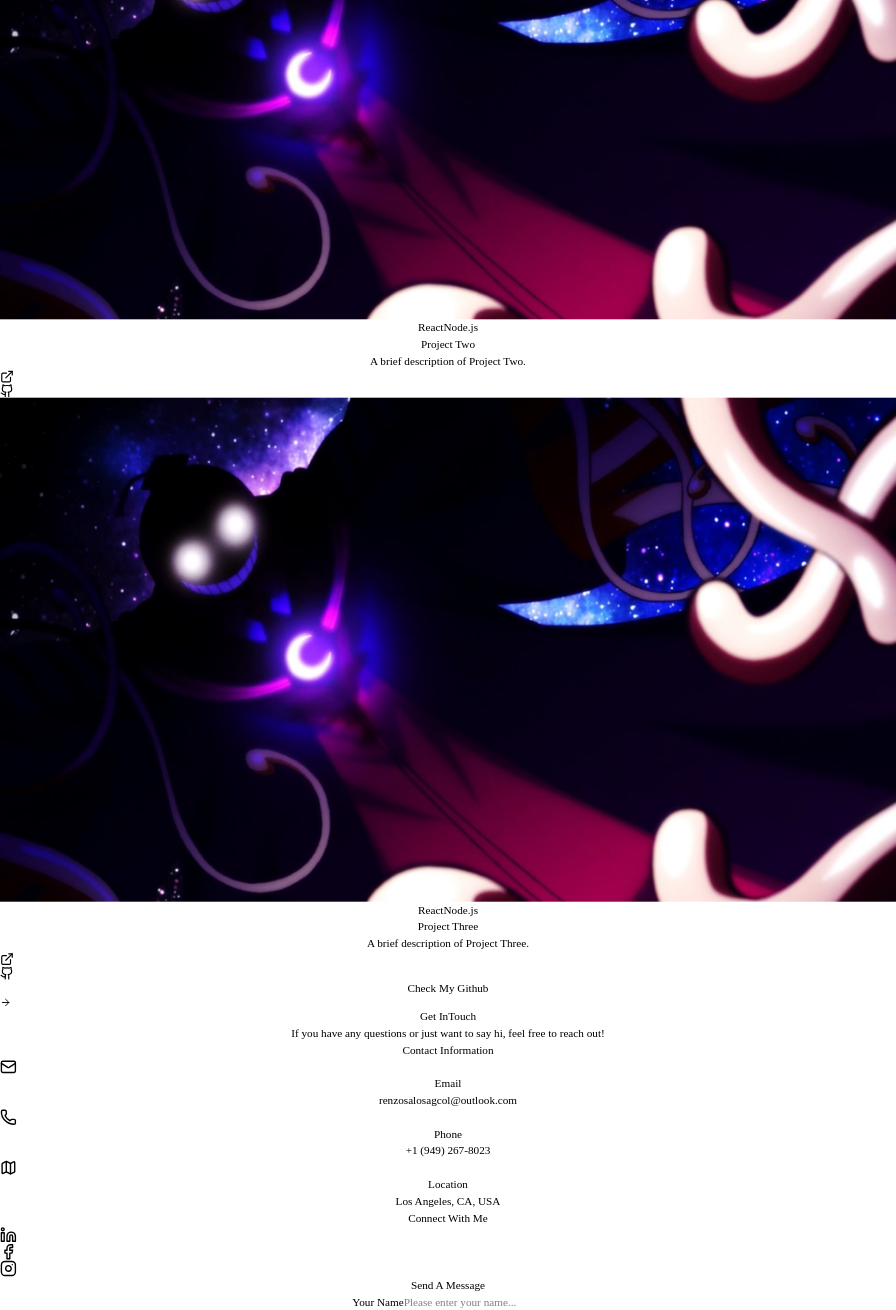
Repository: Renzo-Salosagcol/PERSONAL-PORTFOLIO
Page: /
These files come from the project's save history. The page is drawn as it stood at one moment and after the next save; the edit follows.
The browser window is 1280 px wide. The pictures show the part of the page from y = 2593 to 4513 px (the page is 4465 px tall before and 4513 px after), at 70% of full size.
The project was rebuilt for these pictures with package versions that can differ from the ones it lists, and the page was loaded fresh each time. Also part of the build but not shown: vite.config.js, src/pages/notFound.jsx.

Above is the page before, as saved 2025-10-06 21:20:40.

### src/index.css
@import "tailwindcss";

@theme {
  --color-border: hsl(var(--border));
  --color-background: hsl(var(--background));
  --color-foreground: hsl(var(--foreground));

  --color-primary: hsl(var(--primary));
  --color-primary-foreground: hsl(var(--primary-foreground));

  --color-card: hsl(var(--card));

  --animate-float: float 6s ease-in-out infinite;
  --animate-pulse-subtle: pulse-subtle 4s ease-in-out infinite;
  --animate-fade-in: fade-in 0.7s ease-out forwards;
  --animate-fade-in-delay-1: fade-in 0.7s ease-out 0.2s forwards;
  --animate-fade-in-delay-2: fade-in 0.7s ease-out 0.4s forwards;
  --animate-fade-in-delay-3: fade-in 0.7s ease-out 0.6s forwards;
  --animate-fade-in-delay-4: fade-in 0.7s ease-out 0.8s forwards;
  --animate-meteor: meteor 5s linear infinite;
}

@keyframes float {
  0%,
  100% {
    transform: translateY(0);
  }
  50% {
    transform: translateY(-10px);
  }
}

@keyframes pulse-subtle {
  0%,
  50% {
    opacity: 0.8;
  }
  100% {
    opacity: 1;
  }
}

@keyframes fade-in {
  from {
    opacity: 0;
    transform: translateY(20px);
  }
  to {
    opacity: 1;
    transform: translateY(0);
  }
}

@keyframes meteor {
  0% {
    transform: rotate(215deg) translateX(0);
    opacity: 1;
  }
  70% {
    opacity: 1;
  }
  100% {
    transform: rotate(215deg) translateX(-500px) ;
    opacity: 0;
  }
}

@layer base {
  :root {
    --background: 210 40% 98%;
    --foreground: 222 47% 11%;

    --card: 0 0% 100%;

    --primary: 259 47% 60%;
    --primary-foreground: 210 40% 98%;

    --border: 214 32% 91%;
  }

  .dark {
    --background: 222 47% 4%;
    --foreground: 213 31% 91%;

    --card: 222 47% 8%;

    --primary: 250 65% 65%;
    --primary-foreground: 213 31% 91%;

    --border: 217 33
  }

    * {
      @apply border-border;
    }

    html {
      @apply scroll-smooth;
    }

    body {
      @apply bg-background text-foreground transition-colors duration-300;
      font-feature-settings: "rlig" 1, "calt" 1;
    }
}

@utility container {
  margin-inline: auto;
  padding-inline: 2rem;

  @media (width >= 640px) {
    max-width: 640px;
  }

  @media (width >= 768px) {
    max-width: 768px;
  }

  @media (width >= 1024px) {
    max-width: 1024px;
  }

  @media (width >= 1280px) {
    max-width: 1280px;
  }

  @media (width >= 1400px) {
    max-width: 1400px;
  }

}

@utility text-glow {
  @apply relative;
  text-shadow: 0 0 10px rgb(167, 139, 250, 0.5);
}

@utility card-hover {
  @apply transition-transform duration-300 hover:scale-[1.02] hover:shadow-lg;
}

@utility gradient-border {
  @apply relative rounded-md;
  background: linear-gradient(to right, hsl(var(--card)));
  background-clip: padding-box;
  border: 1px solid transparent;
}

@utility cosmic-button {
  @apply px-5 py-2 rounded-full bg-primary text-primary-foreground font-medium
  transition-all duration-300 hover:shadow-[0_0_10px_rgba(139,92,246,0.5)]
  hover:scale-105 active:scale-95;
}

@utility star {
  @apply absolute bg-white rounded-full;
  box-shadow: 0 0 10px 2px rgba(255, 255, 255, 0.4);
}

@utility meteor {
  @apply absolute bg-linear-to-r from-white to-transparent rounded-full;
  box-shadow: 0 0 10px 5px rgba(255, 255, 255, 0.3);
}

#root {
  max-width: 100%;
  margin: 0 auto;
  padding: 0;
  text-align: center;
}

### src/App.jsx
import { BrowserRouter, Routes, Route } from "react-router-dom"
import { Home } from "./pages/home"
import { NotFound } from "./pages/notFound"

function App() {
  return (
    <>
      <BrowserRouter>
        <Routes>
          <Route index element={<Home />} />
          <Route path="*" element={<NotFound />} />
        </Routes>
      </BrowserRouter>
    </>
  );
}

export default App

### src/pages/home.jsx
import { ThemeToggle } from "../components/ThemeToggle"
import { StarBackground } from "../components/StarBackground"
import { Navbar } from "../components/Navbar"
import { HeroSection } from "../components/HeroSection"
import { AboutSection } from "../components/AboutSection"
import { SkillsSection } from "../components/SkillsSection"
import { ProjectsSection } from "../components/ProjectsSections"
import { ContactSection } from "../components/ContactSection"


export const Home = () => {
  return (
    <div className="min-h-screen bg-background text-foreground overflow-x-hidden">
      {/* Theme Toggle */}
      <ThemeToggle />

      {/* Background Effects */}
      <StarBackground />

      {/* Navbar */}
      <Navbar />

      {/* Main Content */}
      <main>
        <HeroSection />
        <AboutSection />
        <SkillsSection />
        <ProjectsSection />
        <ContactSection />
      </main>

      {/* Footer */}
    </div>
  )
}

### src/components/ThemeToggle.jsx
import { useState, useEffect } from "react"
import { Sun, Moon } from "lucide-react"
import { cn } from "@/lib/utils"

export const ThemeToggle = () => {
  const [isDark, setIsDark] = useState(false)

  useEffect(() => {
    const theme = localStorage.getItem("theme")
    if (theme) {
      setIsDark(theme === "dark")
      document.documentElement.classList.toggle("dark", theme === "dark")
    }
  }, [])

  const toggleTheme = () => {
    setIsDark(!isDark)
    document.documentElement.classList.toggle("dark", !isDark)
    localStorage.setItem("theme", !isDark ? "dark" : "light")
  }

  return (
    <button
      onClick={toggleTheme}
      className={cn("fixed max-sm:hidden top-5 right-5 z-50 p-2 rounded-full",
        "transition-color duration-300 focus:outline-hidden"
      )}
    >
      {isDark ? (
        <Sun className="h-6 w-6 text-yellow-300" />
      ) : (
        <Moon className="h-6 w-6 text-blue-900" />
      )}
    </button>

  )
}

### src/components/StarBackground.jsx
import { useState, useEffect } from "react"

// ID, Size, X, Y, Opacity, Animation Duration

export const StarBackground = () => {
  const [stars, setStars] = useState([])
  const [meteors, setMeteors] = useState([])

  useEffect(() => {
    generateStars()
    generateMeteors()

    const handleResize = () => {
      generateStars()
      generateMeteors()
    }

    window.addEventListener("resize", handleResize)
    return () => window.removeEventListener("resize", handleResize)
  }, [])

  const generateStars = () => {
    const numberOfStars = Math.floor(window.innerWidth * window.innerHeight / 10000)

    const newStars = []
    for (let i = 0; i < numberOfStars; i++) {
      newStars.push({
        id: i,
        size: Math.random() * 3 + 1,
        x: Math.random() * 100,
        y: Math.random() * 100,
        opacity: Math.random() * 0.5 + 0.5,
        animationDuration: Math.random() * 4 + 2
      })
    }

    setStars(newStars)
  }

  const generateMeteors = () => {
    const numberOfMeteors = 4
    const newMeteors = []

    for (let i = 0; i < numberOfMeteors; i++) {
      newMeteors.push({
        id: i,
        size: Math.random() * 2 + 1,
        x: Math.random() * 100,
        y: Math.random() * 20,
        delay: Math.random() * 15,
        animationDuration: Math.random() * 3 + 3
      })
    }

    setMeteors(newMeteors)
  }

  return (
    <div className="fixed inset-0 overflow-hidden pointer-events-none z-0">
      {stars.map((star) => (
        <div key={star.id} className="star animate-pulse-subtle" style={{
          width: `${star.size}px`,
          height: `${star.size}px`,
          top: `${star.y}%`,
          left: `${star.x}%`,
          opacity: star.opacity,
          animationDuration: `${star.animationDuration}s`
        }}/>
      ))}

      {meteors.map((meteor) => (
        <div key={meteor.id} className="meteor animate-meteor" style={{
          width: `${meteor.size * 50}px`,
          height: `${meteor.size * 2}px`,
          top: `${meteor.y}%`,
          left: `${meteor.x}%`,
          animationDelay: meteor.delay,
          animationDuration: `${meteor.animationDuration}s`
        }}/>
      ))}
    </div>
    )
}

### src/components/Navbar.jsx
import { useState, useEffect } from 'react'
import { cn } from '@/lib/utils'
import { Menu, X } from 'lucide-react'

const navItems = [
  { name: 'Home', href: '#home' },
  { name: 'About', href: '#about' },
  { name: 'Skills', href: '#skills' },
  { name: 'Projects', href: '#projects' },
  { name: 'Contact', href: '#contact' },
]

export const Navbar = () => {
  const [isScrolled, setIsScrolled] = useState(false)
  const [isMenuOpen, setIsMenuOpen] = useState(false)

  useEffect(() => {
    const handleScroll = () => {
      setIsScrolled(window.scrollY > 10)
    }

    window.addEventListener('scroll', handleScroll)
    return () => {
      window.removeEventListener('scroll', handleScroll)
    }
  }, [])

  return (
    <nav className={cn("fixed w-full z-40 transition-all duration-300",
      isScrolled ? "py-3 bg-background/80 backdrop-blur-md shadow-xs" : "py-5"
    )}>
      <div className="container flex items-center justify-between">
        <a className="text-xl font-bold text-primary flex items-center" href="#hero">
          <span className="relative z-10">
            <span className="text-glow text-foreground"> Renzo Salosagcol </span> Portfolio
          </span>
        </a>

        {/* Desktop Nav */}
        <div className="hidden md:flex space-x-8">
          {navItems.map((item) => (
            <a
              key={item.name}
              className="text-foreground/80 hover:text-primary transition-colors duration-300"
              href={item.href}
            >
              {item.name}
            </a>
          ))}
        </div>

        {/* Mobile Nav */}
        <button
          onClick={() => setIsMenuOpen((prev) => !prev)}
          className="md:hidden p-2 text-foreground z-50"
          aria-label={isMenuOpen}
        >
          {isMenuOpen ? <X size={24} /> : <Menu size={24} />}
        </button>

        <div className={cn("fixed inset-0 bg-background/95 backdrop-blur-md z-40 flex flex-col items-center justify-center",
          "transition-all duration 300 md:hidden",
          isMenuOpen ? "opacity-100 pointer-events-auto" : "opacity-0 pointer-events-none"
        )}>
          <div className="flex flex-col space-y-8 text-xl">
            {navItems.map((item) => (
              <a
                key={item.name}
                className="text-foreground/80 hover:text-primary transition-colors duration-300"
                href={item.href}
                onClick={() => setIsMenuOpen(false)}
              >
                {item.name}
              </a>
            ))}
          </div>
        </div>

      </div>
    </nav>
  )
}

### src/components/HeroSection.jsx
import { ArrowDown } from "lucide-react"

export const HeroSection = () => {
  return (
    <section id="home" className="relative min-h-screen flex flex-col items-center justify-center px-4">
      <div className="container max-w-4xl auto text-center z-10">
        <div className="space-y-6">
          <h1 className="text-4xl md:text-6xl font-bold tracking-tight">
            <span className="opacity-0 animate-fade-in"> Hello, I'm</span>
            <span className="opacity-0 text-primary animate-fade-in-delay-1"> Renzo</span>
            <span className="opacity-0 text-gradient ml-2 animate-fade-in-delay-2">Salosagcol</span>
          </h1>
          <p className="text-lg md-texl-xl text-muted-foreground max-2-2xl mx-auto opacity-0 animate-fade-in-delay-3">
            Include your paragraph text here. This is a brief introduction about yourself, your skills, and what you do.
          </p>

          <div>
            <a href="#projects" className="cosmic-button opacity-0 animate-fade-in-delay-4">
              View My Projects
            </a>
          </div>
        </div>

        <div className="absolute bottom-9 left-1/2 transform -translate-x-1/2 flex flex-col items-center animate-bounce">
          <span className="text-sm text-muted-foreground mb-2"> Scroll </span>
          <ArrowDown className="h-5 w-5 text-primary" />

        </div>

      </div>
    </section>
  )
}

### src/components/AboutSection.jsx
import { Briefcase, Code, User } from 'lucide-react'

export const AboutSection = () => {
  return (
    <section id="about" className="py-24 px-4 relative">
      <div className="container mx-auto max-w-5xl">
        <h2 className="text-3xl md:text-4xl font-bold mb-12 text-center">
          About <span className="text-primary"> Me</span>
        </h2>

        <div className=" grid grid-cols-1 md:grid-cols-2 gap-12 items-center">
          <div className="space-y-6">
            <h3 className="font-semibold">Passionate Full Stack Web Developer</h3>
            <p className="text-muted-foreground">Years, Experiences, technology specialization</p>
            <p className="text-muted-foreground">What are you passionate about?</p>
            <div className="flex flex-col sm:flex-row gap-4 pt-4 justify-center">
              <a href="#contact" className="cosmic-button"> Get In Touch </a>
              <a href="#contact" className="px-6 py-2 rounded-full border border-primary text-primary hover:bg-primary/10 transition-colors duration-300"> Download CV </a>
            </div>
          </div>
          <div className="grid grid-cols-1 gap-6">
            <div className="gradient-border p-6 card-hover">
              <div className="flex items-start gap-4">
                <div className="p-3 rounded-full bg-primary/10">
                  <Code className="h-6 w-6 text-primary"/>
                </div>
                <div className="text-left">
                  <h4 className="font-semibold text-lg">Web Development</h4>
                  <p className="text-muted-foreground">Creating websites</p>
                </div>
              </div>
            </div>
            <div className="gradient-border p-6 card-hover">
              <div className="flex items-start gap-4">
                <div className="p-3 rounded-full bg-primary/10">
                  <User className="h-6 w-6 text-primary"/>
                </div>
                <div className="text-left">
                  <h4 className="font-semibold text-lg">UI/UX design</h4>
                  <p className="text-muted-foreground">Creating user-friendly interfaces</p>
                </div>
              </div>
            </div>
            <div className="gradient-border p-6 card-hover">
              <div className="flex items-start gap-4">
                <div className="p-3 rounded-full bg-primary/10">
                  <Briefcase className="h-6 w-6 text-primary"/>
                </div>
                <div className="text-left">
                  <h4 className="font-semibold text-lg">UI/UX design</h4>
                  <p className="text-muted-foreground">Creating websites</p>
                </div>
              </div>
            </div>

          </div>
        </div>
      </div>
    </section>
  )
}

### src/components/SkillsSection.jsx
import { useState } from "react"

// Dummy Data for Skills Section
const skills = [
  { name: "HTML/CSS", level: 95, category: "Frontend" },
  { name: "JavaScript", level: 90, category: "Frontend" },
  { name: "React", level: 85, category: "Frontend" },
  { name: "Node.js", level: 80, category: "Backend" },
  { name: "Express", level: 75, category: "Backend" },
  { name: "MongoDB", level: 70, category: "Backend" },
  { name: "SQL", level: 65, category: "Backend" },
  { name: "Python", level: 60, category: "Backend" },
  { name: "Django", level: 55, category: "Backend" },
  { name: "Git", level: 50, category: "Tools" },
  { name: "Docker", level: 45, category: "Tools" },
  { name: "AWS", level: 40, category: "Tools" },
]

const categories = ["All", "Frontend", "Backend", "Tools"]


export const SkillsSection = () => {
  const [activeCategory, setActiveCategory] = useState("All")

  const filteredSkills = skills.filter(skill => activeCategory === "All" || skill.category === activeCategory)

  return (
    <section id="skills" className="py-24 px-4 relative bg-secondary/30">
      <div className="container mx-auto max-w-5xl">
        <h2 className="text-3xl md:text-4xl font-bold mb-12 text-center">
          My <span className="text-primary">Skills</span>
        </h2>
        <div className="flex -flex-wrap justify-center mb-12 gap-4">
          {categories.map((category, key) => (
            <button
              key={key}
              className={`px-4 py-2 rounded-md text-sm font-semibold
                hover:cursor-pointer
                ${
                activeCategory === category
                  ? "bg-primary text-primary-foreground"
                  : "bg-secondary/70 text-foreground hover:bg-secondary/90"
              }`}
              onClick={() => setActiveCategory(category)}
            >
              {category}
            </button>
          ))}
        </div>
        <div className="grid grid-cols-1 sm:grid-cols-2 md:grid-cols-3 gap-6">
          {filteredSkills.map((skill, key) => (
            <div key={key} className="bg-card p-6 rounded-lg shadow-xs card-hover">
              <div className="text-left mb-4">
                <h3 className="font-semibold text-lg"> {skill.name}</h3>
              </div>
              <div className="w-full bg-secondary/50 h-2 rounded-full overflow-hidden">
                <div className="bg-primary h-2 rounded-full origin-left animate-[grow_1.5s_ease-out]"
                  style={{ width: `${skill.level}%` }}
                />
              </div>
              <div className="text-right mt-1">
                <span className="text-sm text-muted-foreground">{skill.level}%</span>
              </div>
            </div>
          ))}
        </div>
      </div>
    </section>
  )
}

### src/components/ContactSection.jsx
import { Mail, Phone, Map, Linkedin, Instagram, Facebook, Twitter } from "lucide-react"

export const ContactSection = () => {
  return (
    <section id="contact" className="py-24 px-4 relative bg-secondary/30">
      <div className="container mx-auto max-w-5xl">
        <h3 className="text-3xl md:text-4xl font-bold mb-4 text-center">
          Get In
          <span className="text-primary">Touch</span>
        </h3>
        <p className="text-center text-muted-foreground mb-12 max-w-2xl mx-auto">
          If you have any questions or just want to say hi, feel free to reach out!
        </p>
        <div className="grid grid-cols-2 md:grid-cols-2 gap-12">
          <div className="space-y-6">
            <h3 className="text-2xl font-semibold mb-6">
              Contact Information
            </h3>
            <div className="space-y-6 justify-center">
              <div className="flex items-start space-x-4">
                <div className="p-3 rounded-full bg-primary/10">
                  <Mail className="text-primary h-6 w-6"/>{" "}
                </div>
                <div>
                  <h4 className="font-medium">Email</h4>
                  <a href="mailto:renzosalosagcol@outlook.com"
                    className="text-muted-foreground hover:text-primary transition-colors"
                  >renzosalosagcol@outlook.com</a>
                </div>
              </div>
              <div className="flex items-start space-x-4">
                <div className="p-3 rounded-full bg-primary/10">
                  <Phone className="text-primary h-6 w-6"/>{" "}
                </div>
                <div>
                  <h4 className="font-medium">Phone</h4>
                  <a href="tel:+19492678023"
                    className="text-muted-foreground hover:text-primary transition-colors"
                  >+1 (949) 267-8023</a>
                </div>
              </div>
              <div className="flex items-start space-x-4">
                <div className="p-3 rounded-full bg-primary/10">
                  <Map className="text-primary h-6 w-6"/>{" "}
                </div>
                <div>
                  <h4 className="font-medium">Location</h4>
                  <a
                    className="text-muted-foreground hover:text-primary transition-colors"
                  >Los Angeles, CA, USA</a>
                </div>
              </div>
            </div>
            <div className="pt-8">
              <h4 className="font-medium mb-4">Connect With Me</h4>
              <div className="flex space-x-4 justify-center">
                <a href="https://www.linkedin.com/in/renzo-salosagcol/" target="_blank" rel="noopener noreferrer">
                  <Linkedin />
                </a>
                <a href="https://www.facebook.com/renzo.salosagcol" target="_blank" rel="noopener noreferrer">
                  <Facebook />
                </a>
                <a href="https://www.instagram.com/renzosalosagcol/" target="_blank" rel="noopener noreferrer">
                  <Instagram />
                </a>

              </div>
            </div>
          </div>
          <div className="bg-card p-8 rounded-lg shadow-xs">
            <h3 className="text-2xl font-semibold mb-6">Send A Message</h3>
            <form className="space-y-6">
              <div>
                <label htmlFor="name" className="block text-sm font-medium mb-2">Your Name</label>
                <input
                  type="text"
                  id="name"
                  name="name"
                  required
                  className="w-full px-4 py-3 rounded-md border border-input bg-background focus:outline-hidden focus:ring-2 focus:ring-primary"
                  placeholder="Please enter your name..."
                />
              </div>
            </form>
          </div>
        </div>
      </div>
    </section>
  )
}

Loaded but not shown: index.html (common file); src/main.jsx (common file); src/lib/utils.js (6 lines, source omitted); src/components/ProjectsSections.jsx (88 lines, source omitted)

After the next save:
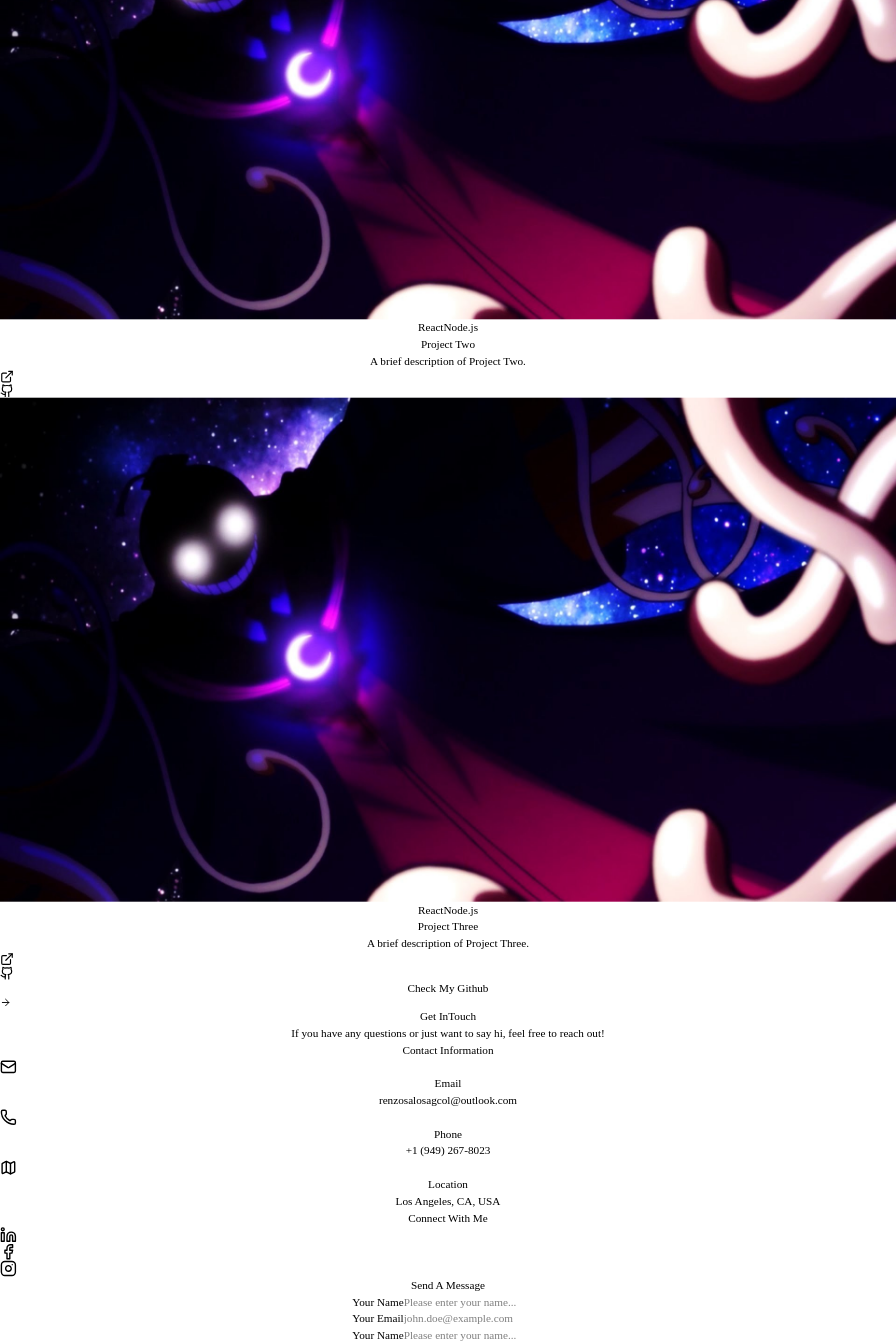
Saved 54 s later.
--- a/src/components/ContactSection.jsx
+++ b/src/components/ContactSection.jsx
@@ -81,6 +81,28 @@
                   placeholder="Please enter your name..."
                 />
               </div>
+              <div>
+                <label htmlFor="email" className="block text-sm font-medium mb-2">Your Email</label>
+                <input
+                  type="email"
+                  id="email"
+                  name="email"
+                  required
+                  className="w-full px-4 py-3 rounded-md border border-input bg-background focus:outline-hidden focus:ring-2 focus:ring-primary"
+                  placeholder="john.doe@example.com"
+                />
+              </div>
+              <div>
+                <label htmlFor="name" className="block text-sm font-medium mb-2">Your Name</label>
+                <input
+                  type="text"
+                  id="name"
+                  name="name"
+                  required
+                  className="w-full px-4 py-3 rounded-md border border-input bg-background focus:outline-hidden focus:ring-2 focus:ring-primary"
+                  placeholder="Please enter your name..."
+                />
+              </div>
             </form>
           </div>
         </div>
